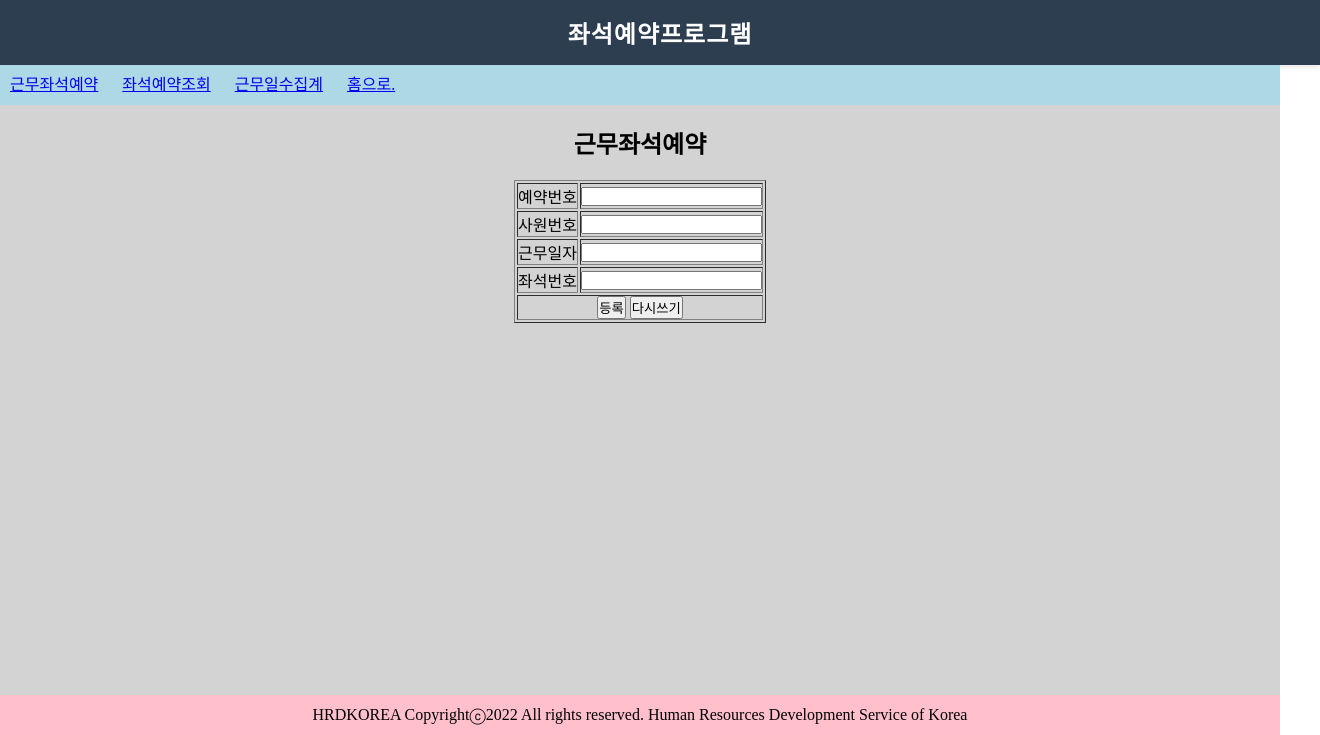
Repository: seowonjong/proje-ct
Page: http://localhost/seat/insert.jsp
These files come from the project's save history. The page is drawn as it stood at one moment and after the next save; the edit follows.
The browser window is 1280 px wide. The page is 1320 px wide, so the pictures cover 1320 px, including what lies to the right of the window. The pictures show the whole page.
The page is served by Tomcat 9.

Above is the page before, as saved 2025-08-25 01:52:52.

After the next save:
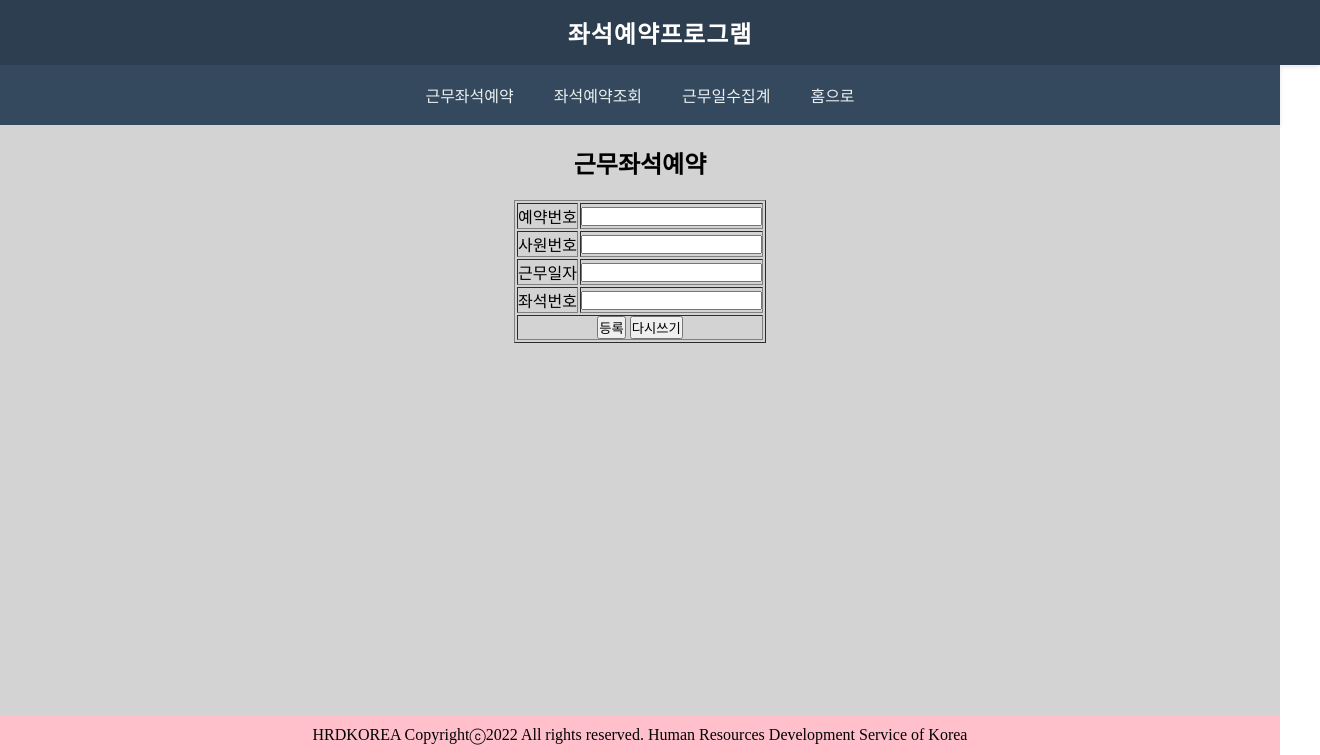
Saved 11 s later.
--- a/seat/src/main/webapp/nav.jsp
+++ b/seat/src/main/webapp/nav.jsp
@@ -6,23 +6,39 @@
 <meta charset="UTF-8">
 <title>nav</title>
 <style>
-nav{
+	/* nav 스타일 */
+	nav {
 		width: 100%;
-		height: 40px;
-		background-color: lightblue;
-		line-height: 40px;
+		background: #34495e; /* 헤더보다 살짝 밝은 톤 */
+		display: flex;
+		justify-content: center; /* 메뉴 중앙 정렬 */
+		align-items: center;
+		padding: 10px 0;
+		box-shadow: 0 2px 5px rgba(0, 0, 0, 0.1);
 	}
-	nav a{
-		padding : 0 10px;
+
+	nav a {
+		color: #ecf0f1; /* 밝은 글씨 */
+		text-decoration: none;
+		font-size: 1rem;
+		padding: 8px 15px;
+		margin: 0 5px;
+		border-radius: 5px;
+		transition: background 0.3s ease, color 0.3s ease;
+	}
+
+	nav a:hover {
+		background: #1abc9c; /* 마우스 오버 시 강조색 */
+		color: #fff;
 	}
 </style>
 </head>
 <body>
 <nav>
-		<a href="insert.jsp">근무좌석예약</a>
-		<a href="slist.jsp">좌석예약조회</a>
-		<a href="count.jsp">근무일수집계</a>
-		<a href="index.jsp">홈으로.</a>
-	</nav>
+	<a href="insert.jsp">근무좌석예약</a>
+	<a href="slist.jsp">좌석예약조회</a>
+	<a href="count.jsp">근무일수집계</a>
+	<a href="index.jsp">홈으로</a>
+</nav>
 </body>
 </html>
